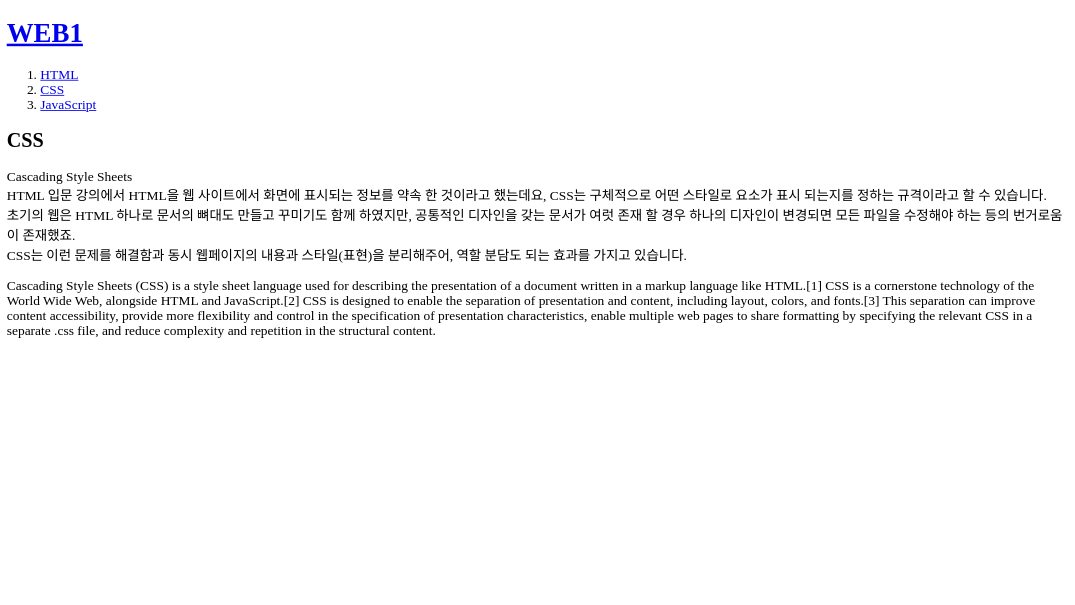
Repository: winterer4/Web-1
Page: HTML5/1.html
These files come from the project's save history. The page is drawn as it stood at one moment and after the next save; the edit follows.
The browser window is 1280 px wide. The pictures show the whole page, at 84% of full size.

Above is the page before, as saved 2018-10-29 07:34:40.

### HTML5/1.html
<!DOCTYPE html>
<html>
<head>
<meta charset="UTF-8">
<title>WEB 1  - HTML</title>
</head>
<body>
 <h1><a href="index.html">WEB1</a></h1>
<ol>
	<li><a href="1.html">HTML      </a></li>
	<li><a href="2.html">CSS       </a></li>
	<li><a href="3.html">JavaScript</a></li>
</ol>

	<h2>CSS</h2>
<p>
Cascading Style Sheets
<br>
HTML 입문 강의에서 HTML을 웹 사이트에서 화면에 표시되는 정보를 약속 한 것이라고 했는데요,
CSS는 구체적으로 어떤 스타일로 요소가 표시 되는지를 정하는 규격이라고 할 수 있습니다.
<br>
초기의 웹은 HTML 하나로 문서의 뼈대도 만들고 꾸미기도 함께 하였지만,
공통적인 디자인을 갖는 문서가 여럿 존재 할 경우 하나의 디자인이 변경되면 모든 파일을 수정해야 하는 등의 번거로움이 존재했죠.
<br>
CSS는 이런 문제를 해결함과 동시 웹페이지의 내용과 스타일(표현)을 분리해주어, 역할 분담도 되는 효과를 가지고 있습니다.

</p>
<p>
Cascading Style Sheets (CSS) is a style sheet language used for describing the presentation of a document written in a markup language like HTML.[1] CSS is a cornerstone technology of the World Wide Web, alongside HTML and JavaScript.[2]

CSS is designed to enable the separation of presentation and content, including layout, colors, and fonts.[3] This separation can improve content accessibility, provide more flexibility and control in the specification of presentation characteristics, enable multiple web pages to share formatting by specifying the relevant CSS in a separate .css file, and reduce complexity and repetition in the structural content.


</p>




</body>




</html>

After the next save:
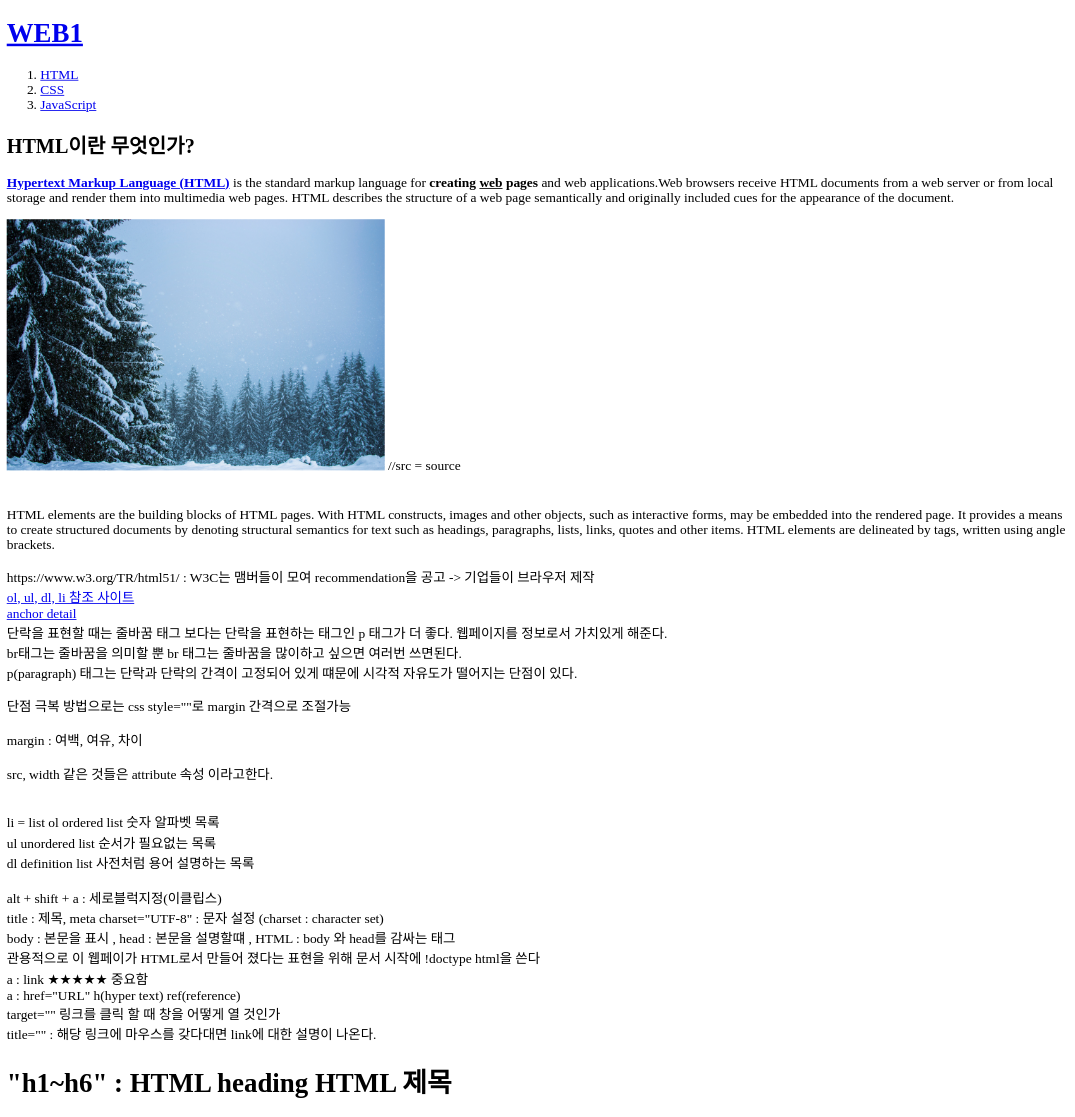
Saved 7 s later.
--- a/HTML5/1.html
+++ b/HTML5/1.html
@@ -12,31 +12,54 @@
 	<li><a href="3.html">JavaScript</a></li>
 </ol>
 
-	<h2>CSS</h2>
-<p>
-Cascading Style Sheets
-<br>
-HTML 입문 강의에서 HTML을 웹 사이트에서 화면에 표시되는 정보를 약속 한 것이라고 했는데요,
-CSS는 구체적으로 어떤 스타일로 요소가 표시 되는지를 정하는 규격이라고 할 수 있습니다.
-<br>
-초기의 웹은 HTML 하나로 문서의 뼈대도 만들고 꾸미기도 함께 하였지만,
-공통적인 디자인을 갖는 문서가 여럿 존재 할 경우 하나의 디자인이 변경되면 모든 파일을 수정해야 하는 등의 번거로움이 존재했죠.
-<br>
-CSS는 이런 문제를 해결함과 동시 웹페이지의 내용과 스타일(표현)을 분리해주어, 역할 분담도 되는 효과를 가지고 있습니다.
-
-</p>
-<p>
-Cascading Style Sheets (CSS) is a style sheet language used for describing the presentation of a document written in a markup language like HTML.[1] CSS is a cornerstone technology of the World Wide Web, alongside HTML and JavaScript.[2]
-
-CSS is designed to enable the separation of presentation and content, including layout, colors, and fonts.[3] This separation can improve content accessibility, provide more flexibility and control in the specification of presentation characteristics, enable multiple web pages to share formatting by specifying the relevant CSS in a separate .css file, and reduce complexity and repetition in the structural content.
-
-
-</p>
+	<h2>HTML이란 무엇인가?</h2>
+	<p>
+		<strong><a : href="https://www.w3.org/TR/html51/" target="_blank" title="html5 specificaiton">Hypertext Markup Language (HTML)</a></strong> is the standard markup language for <strong>creating
+			<u>web</u> pages
+		</strong> and web applications.Web browsers receive HTML documents from a web
+		server or from local storage and render them into multimedia web
+		pages. HTML describes the structure of a web page semantically and
+		originally included cues for the appearance of the document.
+	</p>
+	<img src ="one.jpg" width="450">
+	//src = source
+	<p style="margin-top: 40px;">HTML elements are the building blocks
+		of HTML pages. With HTML constructs, images and other objects, such as
+		interactive forms, may be embedded into the rendered page. It provides
+		a means to create structured documents by denoting structural
+		semantics for text such as headings, paragraphs, lists, links, quotes
+		and other items. HTML elements are delineated by tags, written using
+		angle brackets.</p>
 
 
 
+https://www.w3.org/TR/html51/ : W3C는 맴버들이 모여 recommendation을 공고 -> 기업들이 브라우저 제작
+
+
+ <br>  <a : href="http://aboooks.tistory.com/87", target="_blank", title="설명">ol, ul, dl, li 참조 사이트</a>
+ <br>  <a : href="http://aboooks.tistory.com/87", target="_blank", title="링크에 대한 설명">anchor detail</a>
+ <br>
+	단락을 표현할 때는 줄바꿈 태그 보다는 단락을 표현하는 태그인 p 태그가 더 좋다. 웹페이지를 정보로서 가치있게 해준다.
+	<br> br태그는 줄바꿈을 의미할 뿐 br 태그는 줄바꿈을 많이하고 싶으면 여러번 쓰면된다.
+	<br> p(paragraph) 태그는 단락과 단락의 간격이 고정되어 있게 떄문에 시각적 자유도가 떨어지는 단점이 있다.
+	<p> 단점 극복 방법으로는 css style=""로 margin 간격으로 조절가능</p>
+	 margin : 여백, 여유, 차이
+	 <p> src, width 같은 것들은 attribute 속성 이라고한다.</p>
+	 <br>li = list
+	 ol ordered list 숫자 알파벳 목록<br>
+	 ul unordered list 순서가 필요없는 목록<br>
+	 dl definition list 사전처럼 용어 설명하는 목록<br>
+	  <br>alt + shift + a : 세로블럭지정(이클립스)
+	  <br> title : 제목, meta charset="UTF-8" : 문자 설정 (charset : character set)
+	  <br> body  : 본문을 표시 , head : 본문을 설명할떄 , HTML : body 와 head를 감싸는 태그
+	  <br> 관용적으로 이 웹페이가 HTML로서 만들어 졌다는 표현을 위해 문서 시작에 !doctype html을 쓴다
+	  <br> a : link ★★★★★   중요함
+	  <br> a : href="URL" h(hyper text) ref(reference) <br> target="" 링크를 클릭 할 때 창을 어떻게 열 것인가 <br>
+	  title="" : 해당 링크에 마우스를 갖다대면 link에 대한 설명이 나온다.
 
 </body>
+
+<h1>"h1~h6" : HTML heading HTML 제목</h1>
 
 
 
